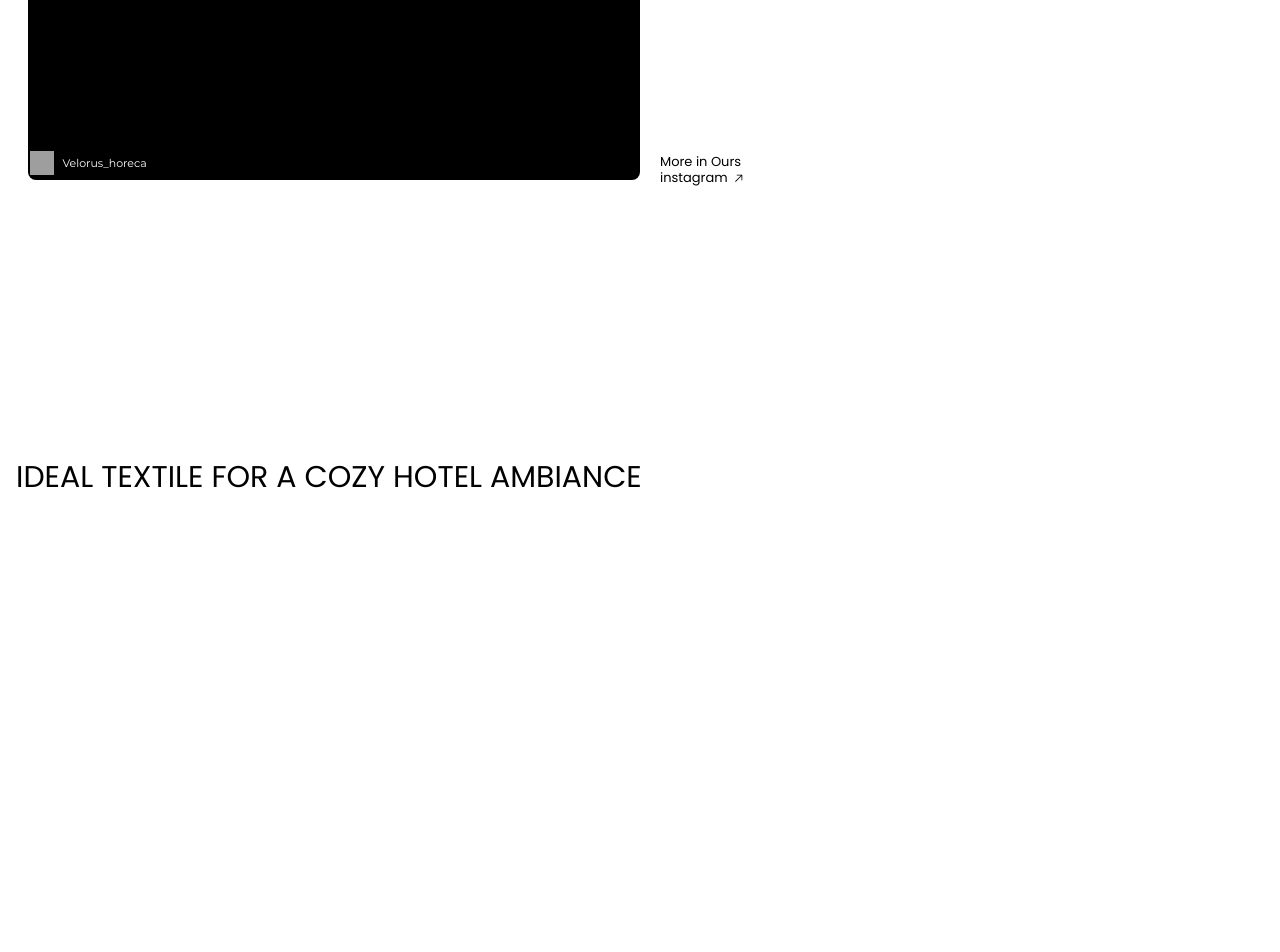
Repository: nikhilsinghrathore1/Shery_02
Page: /
The author's editor kept a copy of each file at every save. The page is drawn from the files as they stood at one save, then again after the next save.
The browser window is 1280 px wide. The pictures show the part of the page from y = 3289 to 4241 px (the page is 5544 px tall).
Pictures or frames that could not be fetched are drawn as grey boxes. The project was rebuilt for these pictures with package versions that can differ from the ones it lists, and the page was loaded fresh each time. Also part of the build but not shown: vite.config.js.

Above is the page before, as saved 2024-07-18 02:50:01.

After the next save:
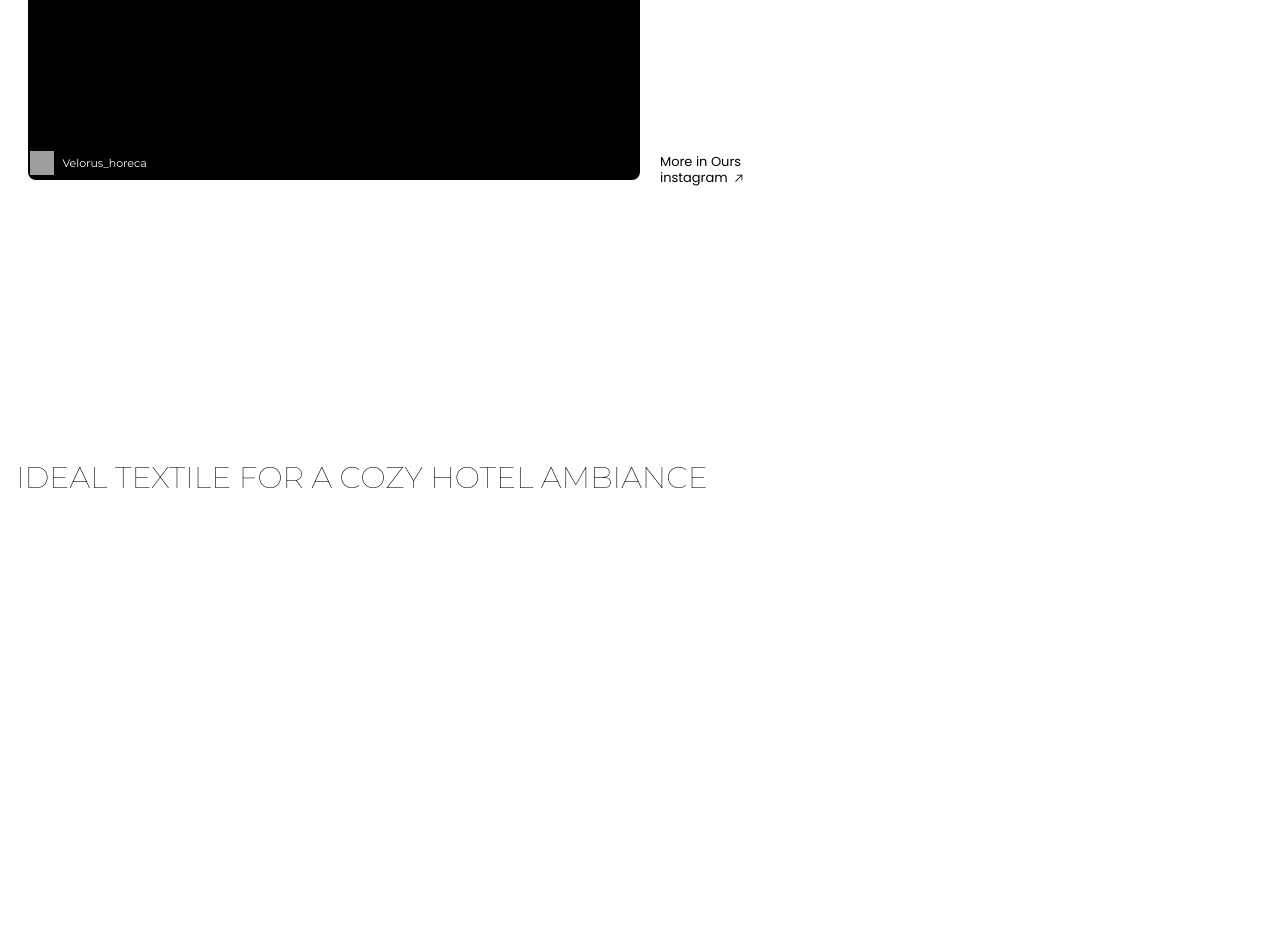
Saved 14 min 47 s later.
--- a/src/pages/Landing.jsx
+++ b/src/pages/Landing.jsx
@@ -55,7 +55,7 @@ const Landing = () => {
                </div>
 
                <div className='w-full h-[250vh] px-4'>
-                              <div className='w-full uppercase text-[30px] f5 '>
+                              <div className='w-full uppercase text-[30px] f4 '>
                                              <p>ideal textile for a cozy hotel ambiance</p>
                               </div>
                </div>
